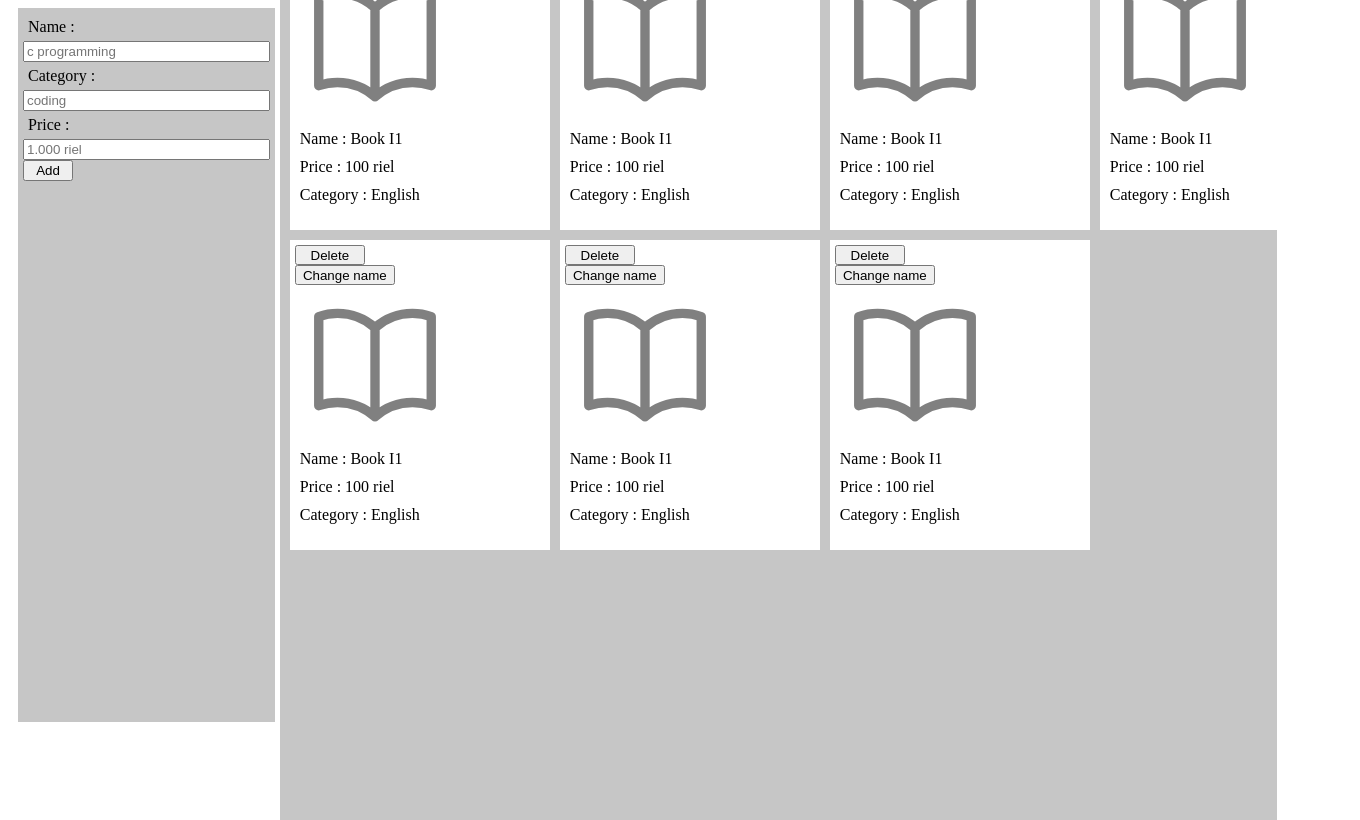
Repository: Sarah7223/internet-programming-tp
Page: TP2/TP02.6.html
These files come from the project's save history. The page is drawn as it stood at one moment and after the next save; the edit follows.
The browser window is 1280 px wide. The page is 1360 px wide, so the pictures cover 1360 px, including what lies to the right of the window. The pictures show the whole page.

Above is the page before, as saved 2023-01-14 13:05:08.

After the next save:
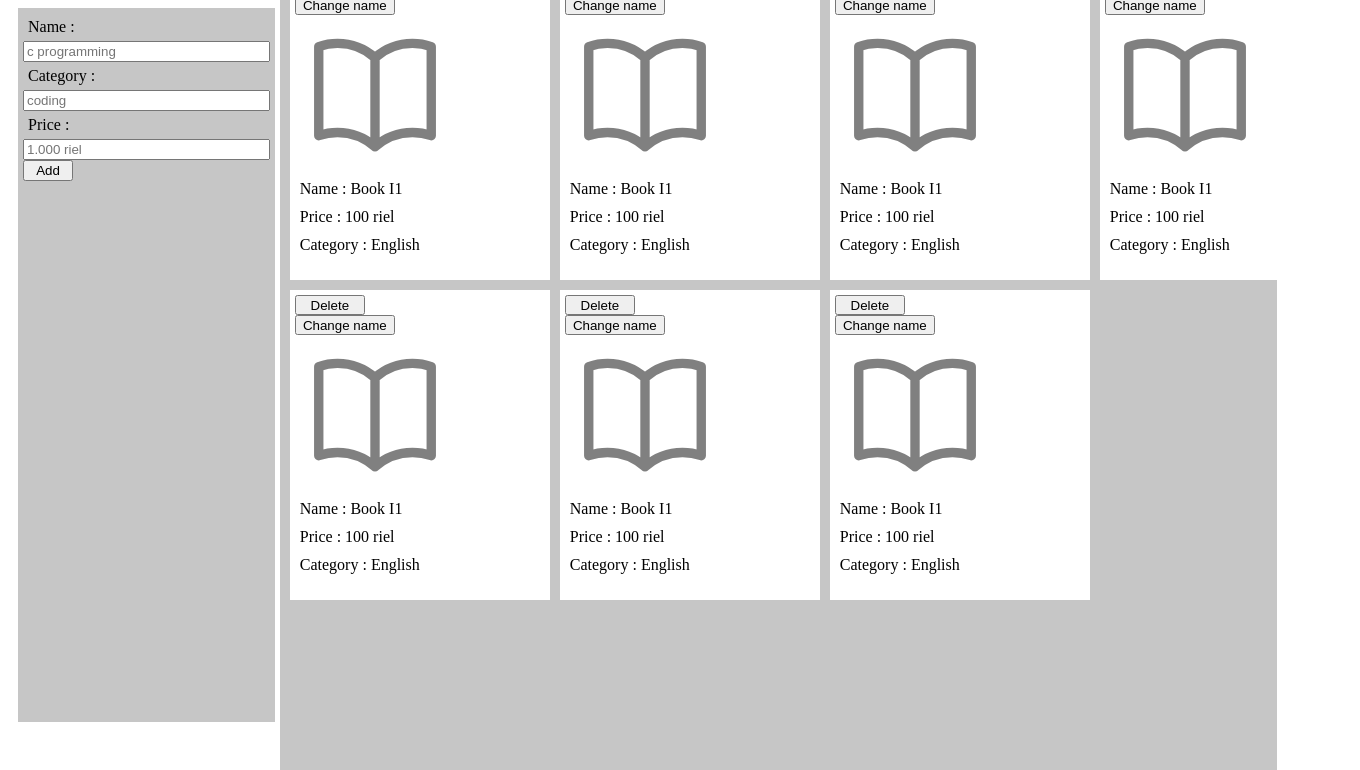
Saved 6 s later.
--- a/TP2/TP02.6.html
+++ b/TP2/TP02.6.html
@@ -21,7 +21,7 @@
         .second-raw{
             display: flex;
             width: 1200px;
-            height:900px;
+            height:800px;
             background-color: rgb(198, 198, 198);
             flex-direction: column;
             flex-wrap: wrap;
